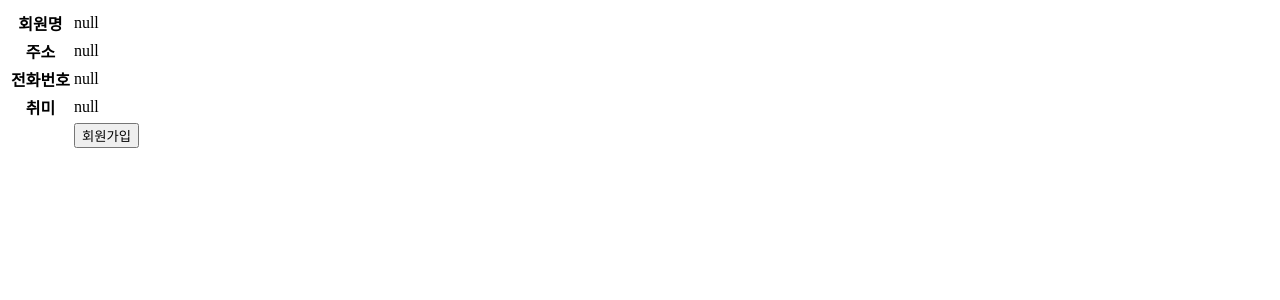
Repository: hyeri-seo/JSP
Page: http://localhost/Hello/memRegSuccess.jsp
These files come from the project's save history. The page is drawn as it stood at one moment and after the next save; the edit follows.
The browser window is 1280 px wide. The pictures show the whole page.
The page is served by Tomcat 9.

Above is the page before, as saved 2023-09-19 05:32:02.

After the next save:
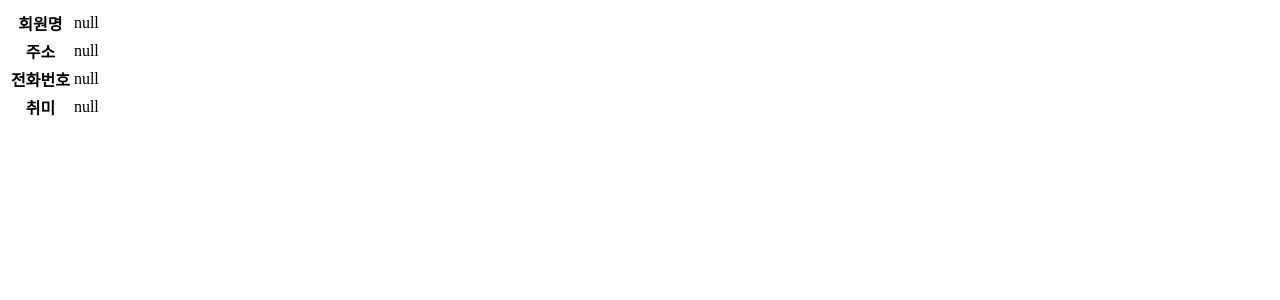
Saved 9 s later.
--- a/Hello/src/main/webapp/memRegSuccess.jsp
+++ b/Hello/src/main/webapp/memRegSuccess.jsp
@@ -12,7 +12,6 @@
 		<tr><th>주소</th><td><%=request.getParameter("address") %></td></tr>
 		<tr><th>전화번호</th><td><%=request.getParameter("tel") %></td></tr>
 		<tr><th>취미</th><td><%=request.getParameter("hobby") %></td></tr>
-		<tr><td></td><td><input type="submit" value="회원가입"/></td></tr>
 	</table>
 </body>
 </html>
